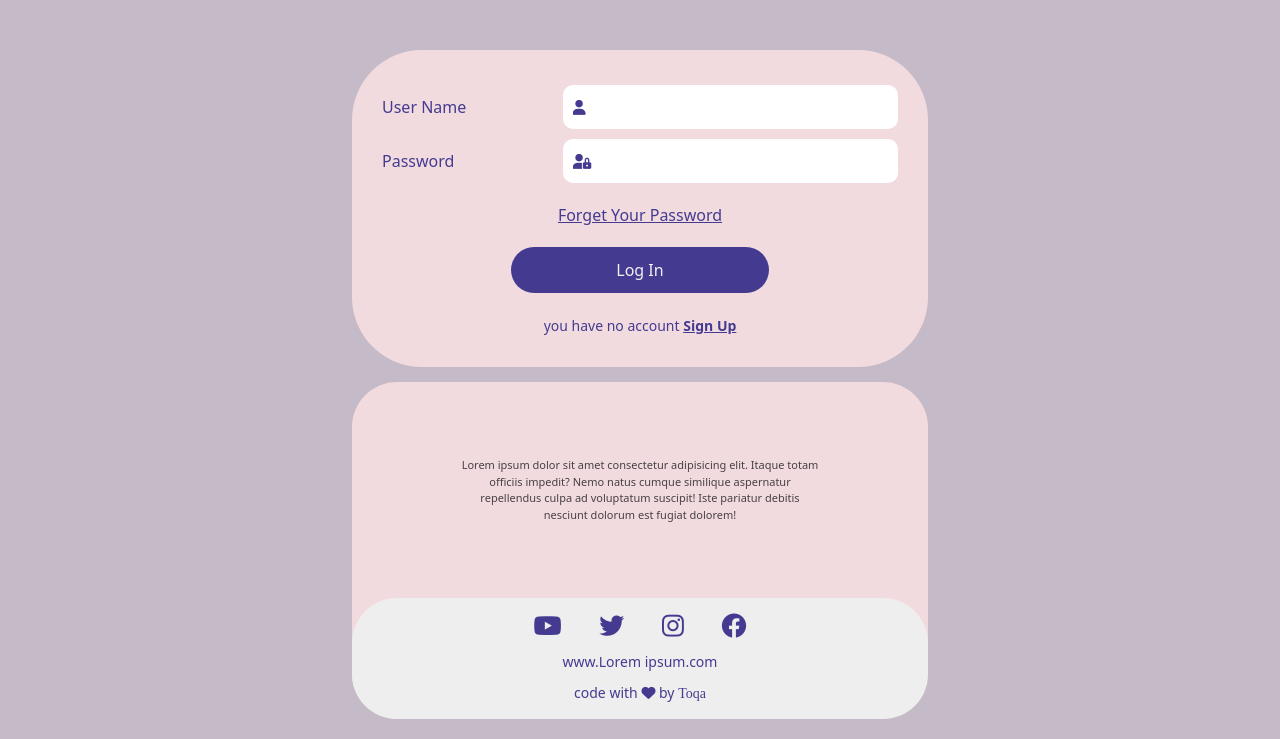
Repository: Toqa-25/register-page-one
Page: log in/index.html
The author's editor kept a copy of each file at every save. The page is drawn from the files as they stood at one save, then again after the next save.
The browser window is 1280 px wide. The pictures show the whole page.
Some web fonts or font styles are not loaded; a fallback is used. Some web libraries are served in a nearby version.

Above is the page before, as saved 2021-12-26 16:44:00.

### log in/index.html
<!DOCTYPE html>
<html lang="en">
<head>
    <meta charset="UTF-8">
    <meta http-equiv="X-UA-Compatible" content="IE=edge">
    <meta name="viewport" content="width=device-width, initial-scale=1.0">
    <!-- bootstrab Style -->
    <link href="https://cdn.jsdelivr.net/npm/bootstrap@5.1.3/dist/css/bootstrap.min.css" rel="stylesheet" integrity="sha384-1BmE4kWBq78iYhFldvKuhfTAU6auU8tT94WrHftjDbrCEXSU1oBoqyl2QvZ6jIW3" crossorigin="anonymous">
    <!-- fontawosome -->
  <link rel="stylesheet" href="https://pro.fontawesome.com/releases/v5.10.0/css/all.css" integrity="sha384-AYmEC3Yw5cVb3ZcuHtOA93w35dYTsvhLPVnYs9eStHfGJvOvKxVfELGroGkvsg+p" crossorigin="anonymous"/>
    <link rel="stylesheet" href="https://cdnjs.cloudflare.com/ajax/libs/font-awesome/5.1.0/css/v4-shims.min.css">
    <link rel="stylesheet" href="https://cdnjs.cloudflare.com/ajax/libs/font-awesome/6.0.0-beta3/css/all.min.css">
  <!-- css file style -->
    <link rel="stylesheet" href="../css/style.css">
    <!-- google font -->
    <link rel="preconnect" href="https://fonts.googleapis.com">
<link rel="preconnect" href="https://fonts.gstatic.com" crossorigin>
<link href="https://fonts.googleapis.com/css2?family=Pushster&display=swap" rel="stylesheet">
    <!-- page-title -->
    <title> log in Page </title>
</head>
<body>
<!-- sign up  Section -->
<div class="top">

</div>
<form action="" class="part-style" id="sign-form">
    <!-- user-name -->
    <div class="form-input d-flex justify-content-between align-items-center flex-sm-column flex-md-row">
    <label for="user-name">User Name</label>
    <input type="text" name="" id="user-name" class="input input-font" placeholder="&#xf007;">
    </div>
    <!-- password -->
    <div class="form-input d-flex justify-content-between align-items-center flex-sm-column flex-md-row">
    <label for="password">Password</label>
    <input type="password" name="" id="password" class="input" placeholder="&#xf502;">
    </div>
    <!-- submit btn  -->
    <a href="http://" class="forget">Forget Your Password</a>
    <input type="submit" value="Log In" class="btn sign-log-btn d-block log-btn input-font"  id="sign-btn" >
     <span>you have no account  <a href="../sign up/index.html"> Sign Up </a></span>
</form>
   <!-- accept section -->

   <!-- footer section -->
  <footer class="part-style">
          <div class="footer-content">
              <div class="footer-text">
                  <p class="footer-text-info">
                      Lorem ipsum dolor sit amet consectetur adipisicing elit. Itaque totam officiis impedit? Nemo natus cumque similique aspernatur repellendus culpa ad voluptatum suscipit! Iste pariatur debitis nesciunt dolorum est fugiat dolorem!
                  </p>
              </div>
              <div class="footer-icons d-flex flex-column justify-content-evenly align-items-center">
                  <!-- <div class="footer-icons-group"> -->
                      <span class="footer-icons-group d-flex justify-content-evenly align-items-center">
                  <!-- <i class="fab fa-youtube"> <a href="https://toqa-25.github.io/portfolio/" target="_blank" rel="noopener noreferrer"></a> </i> -->
                  <a href="https://" target="_blank" rel="noopener noreferrer"> <i class="fab fa-youtube"></i></a>
                  <a href="http://" target="_blank" rel="noopener noreferrer"><i class="fab fa-twitter"></i></a>
                  <a href="http://" target="_blank" rel="noopener noreferrer"><i class="fab fa-instagram"></i></a>
                 <a href="http://" target="_blank" rel="noopener noreferrer"> <i class="fab fa-facebook"></i></a>
                  </span>
              <!-- </div> -->
                <!-- <div class="footer-icons-text"> -->
                    <span class="web-text d-block">www.Lorem ipsum.com</span>
                    <span class="code-text">code with <i class="fas fa-heart"></i> by <Span class="coder"><a href="https://toqa-25.github.io/portfolio/" target="_blank" rel="noopener noreferrer" >Toqa</a></Span> </span>
                <!-- </div> -->
              </div>
      </div>
  </footer>
  <script>
    //   // checked ok
    //   let checked = document.getElementById("checked")
    //   let right = document.getElementById("right")
    //  checked.onclick = function () {
    //      if ( right.style.display === "none"){
    //          right.style.display="block"
    //      }
    //      else{
    //           right.style.display ="none"
    //      }
    //  }
    //  // form
    //  let form = document.getElementById("sign-form")
    //  let signUp = document.getElementById("sign-btn")
    //  form.addEventListener("submit" , function (event){
    //      event.preventDefault ()
    //  });

    //  signUp.addEventListener("click" , function (){
    //      setTimeout(() => {
    //          window.location ="../log in/index.html"
    //      }, 1000);
    //     console.log ("go")
    //  })
  </script>
</body>
</html>

### css/style.css

/* Root */
:root{
    --m-text-color:#f0f0f2;
    /* --s-text-color:#464045; */
    --s-text-color:#464045;
    --th-text-color:#545050;
    --pink-background:#f2dbdf;
    --sign-btn-background:#c5bac7;
    --log-btn-background:#443b90;
    --footer-icon-background:#eeeeee;
    --website-text:#c0bdd4;
}
/* global style */
*, p{
    box-sizing :border-box;
    padding: 0;
    margin: 0;
}
body{
    /* background-color:var(--th-text-color) ; */
        background-color: #c5bac7;
}
.part-style{
    width: 90%;
}
/* @media (min-width:575px){ */
 @media (min-width:991px){
    .part-style{
        width: 45%;
    }
    }
@media (max-width:990px){
.part-style{
    width: 60%;
}
}
@media (max-width:767px){
.part-style{
    width: 80%;
}
}
@media (max-width:575px){
.part-style{
    width: 95%;
}
}
/**********************************************************************/
/* sign in & log in style */
.sign-log , #sign-form{
    margin: 50px auto 15px;
    background-color: var(--pink-background);
    border-radius: 70px;
    -webkit-border-radius: 70px;
    -moz-border-radius: 70px;
    -ms-border-radius: 70px;
    -o-border-radius: 70px;
        color:var(--s-text-color);
     text-align: center;

}
.sign-log-btn,.sign-log-btn:hover,.sign-log-btn:hover a {
    width: 50%;
    margin: 20px auto;
    border-radius: 25px;
    padding: 10px;
    color:var(--m-text-color)


}
.sign-btn{
    background-color: var(--sign-btn-background);
}
.log-btn{
    background-color: var(--log-btn-background);
}
.sign-log-btn a{
    text-decoration: none;
    color:var(--m-text-color)

}
/* accept style */
.accept{
    color:var(--s-text-color);
    margin:20px auto;
}
.accept-content{
    background-color:var(--footer-icon-background) ;
    border-radius: 25px;
    -webkit-border-radius: 25px;
    -moz-border-radius: 25px;
    -ms-border-radius: 25px;
    -o-border-radius: 25px;
    padding: .75rem 1rem ;
    font-size: 15px;
}
.acc-text{
  margin-bottom: 0;
}
.acc-check{
    width: 13px;
    height: 13px;
    border-radius: 50%;
    border: 1px solid var(--s-text-color);
    cursor: pointer;
}
.acc-check i {
    margin: 3px 1px 3px 4px;
    font-size: 14px;
    line-height: 15px;
    display: none;
}
/**********************************************************************/
/* footer style */
footer {
    margin:15px auto 20px;
    color:var(--s-text-color);
    background-color: var(--pink-background);
    border-radius: 45px;
    -webkit-border-radius: 45px;
    -moz-border-radius: 45px;
    -ms-border-radius: 45px;
    -o-border-radius: 45px;
}

.footer-text{
    padding: 75px 50px;
    font-size: 11px;
    text-align: center;
}
.footer-text-info{
    width: 75%;
    margin: 0 auto;
}
.footer-icons{
    background-color:var(--footer-icon-background) ;
    border-radius: 45px;
    width: 100%;
    text-align: center;
    min-height: 100px;
        padding: 5px 0;
    color:var(--log-btn-background) ;


}
.footer-icons-group{
    width: 50%;
    margin: 10px auto 0;
}
.footer-icons-group i{
 font-size: 25px;
 transition: .3s;
 -webkit-transition: .3s;
 -moz-transition: .3s;
 -ms-transition: .3s;
 -o-transition: .3s;
color:var(--log-btn-background) ;

}
.footer-icons-group  a i:hover{
    transform: rotate(
360deg) scale(1.25);
color: var(--log-btn-background);
    color:var(--log-btn-background) ;

}
.web-text {
    font-size: 14px;
    margin: 10px auto;
}
.code-text {
    font-size: 14px;
    margin-bottom: 10px ;
}
footer a , footer a:hover{
    text-decoration:none ;
    color:var(--s-text-color);
    cursor: pointer;

}

.coder a , .coder a:hover{
    font-family: 'Pushster', cursive;
    color:var(--log-btn-background) ;


}
/**********************************************************************/
 /* sign-up page */
 #sign-form{
color:var(--log-btn-background) ;
padding: 30px;
}
   .form-input {
       width: 100%;
   }
.input{
    width: 65%;
    padding: 10px;
    border: none;
    border-radius: 10px;
    margin: 5px 0;
    outline: none;
}
#sign-form span{
    font-size: 14px;
}
#sign-form span a{
    color:var(--log-btn-background) ;
    font-weight: bold;
    cursor: pointer;
}
@media (max-width:767px){
    .flex-sm-column{
        flex-direction: column;
}
.input{
    width: 80%;
}
}
.forget{
    color:var(--log-btn-background) ;
    margin:15px auto;
    display: block;
}
::placeholder{
     font-family: 'Font Awesome 5 free';
     font-weight: 700;
     color: var(--s-text-color);
     font-size: 15px;
     letter-spacing: 1px;
     text-transform: capitalize;
    color:var(--log-btn-background) ;

 }

After the next save:
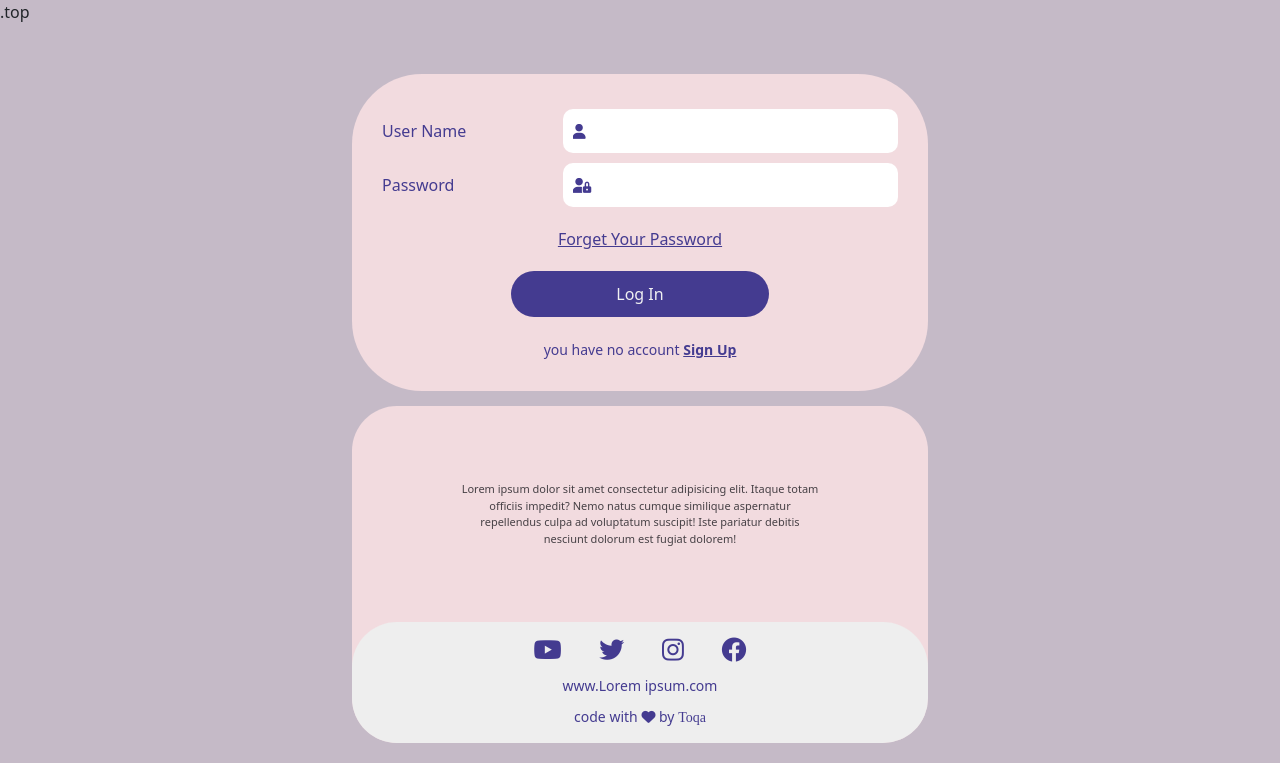
Saved 5 s later.
--- a/log in/index.html
+++ b/log in/index.html
@@ -22,7 +22,7 @@
 <body>
 <!-- sign up  Section -->
 <div class="top">
-
+  .top
 </div>
 <form action="" class="part-style" id="sign-form">
     <!-- user-name -->
